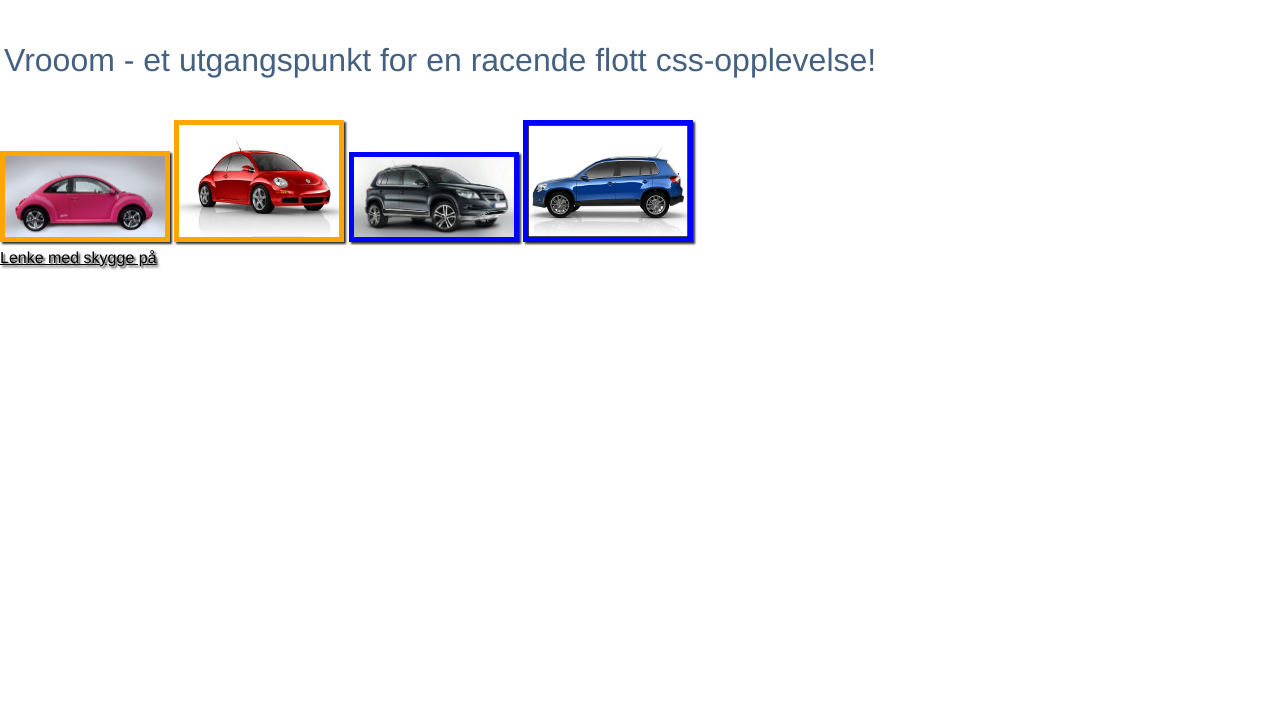
Repository: mesan/css-kurs
Page: kode/wroom/index.html
These files come from the project's save history. The page is drawn as it stood at one moment and after the next save; the edit follows.
The browser window is 1280 px wide. The pictures show the whole page.

Above is the page before, as saved 2013-01-21 21:33:05.

After the next save:
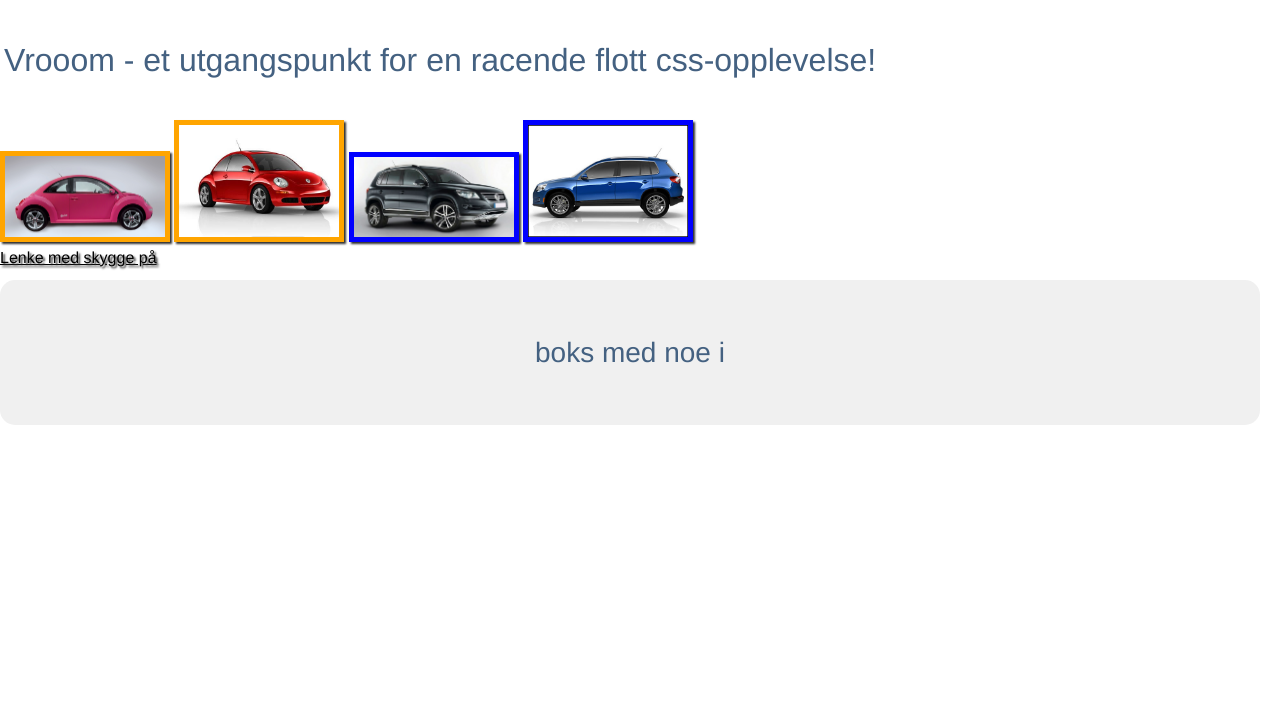
Saved 32 s later.
--- a/kode/wroom/index.html
+++ b/kode/wroom/index.html
@@ -33,6 +33,9 @@
 				</p>
 			</div>
 
+			<div class="container">
+				<h2>boks med noe i</h2>
+			</div>
 			<footer>
 				<p>
 
